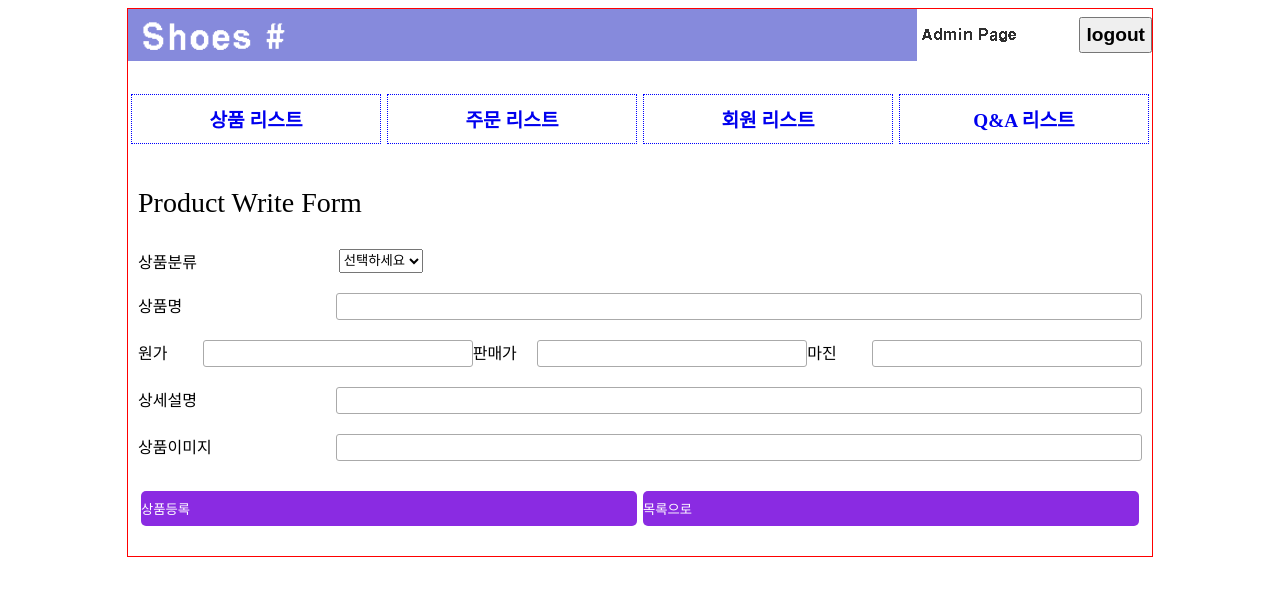
Repository: kkm41/SQL
Page: http://localhost/WEB12_ShoesShop/admin/product/productWrite.jsp
The author's editor kept a copy of each file at every save. The page is drawn from the files as they stood at one save, then again after the next save.
The browser window is 1280 px wide. The pictures show the whole page.
The page is served by Tomcat 10. The template is opened directly, without the code that normally fills it, so the values that code supplies are empty.

Above is the page before, as saved 2024-05-23 07:35:45.

After the next save:
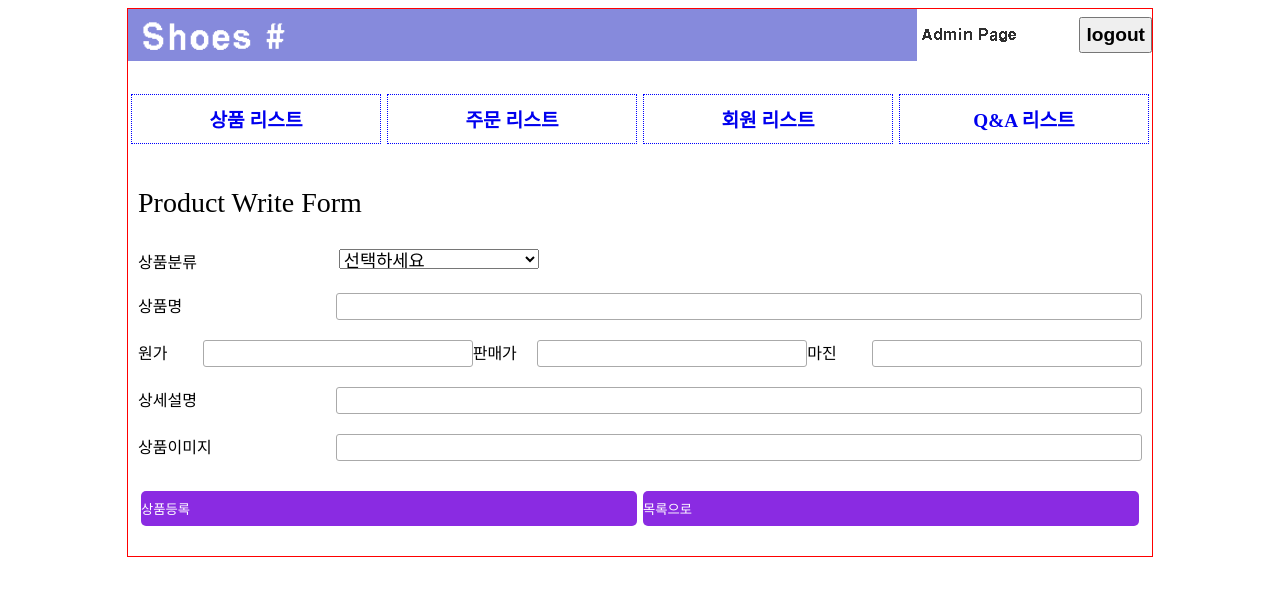
Saved 68 s later.
--- a/workspace/WEB12_ShoesShop/src/main/webapp/admin/product/productWrite.jsp
+++ b/workspace/WEB12_ShoesShop/src/main/webapp/admin/product/productWrite.jsp
@@ -9,7 +9,7 @@
 					<div class="field">
 						<label>상품분류</label>
 						<div>
-							<select name="kind">
+							<select name="kind" style="width:200px; height:20px; font-size:110%;">
 								<option value="">선택하세요</option>
 								<c:forEach items="${kindList}" var="kind" varStatus="status">
 								<option value="${status.count}">${kind}</option>
